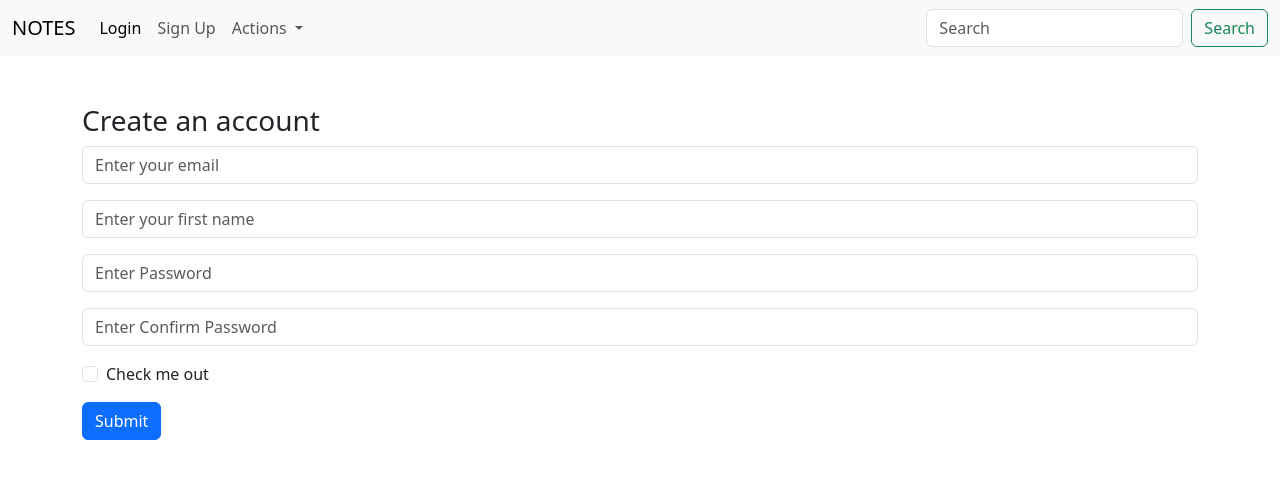
Repository: Qu4ntumGuy/flask-notes
Page: http://localhost/signup
An editor plug-in stored every save of this project. The page is shown before and after the next save, followed by the edit.
The browser window is 1280 px wide. The pictures show the whole page.
The page is served by the project's application, run on Flask 3 (website/__init__.py). Other server files are loaded and not shown.

Above is the page before, as saved 2024-05-30 19:23:43.

### website/templates/signup.html
{%extends "index.html" %} {% block title %} Sign Up {% endblock %}

{% block content %}
<form method="post">
    <div class="mb-3 mt-5">
        <div>
            <h3>Create an account</h3>
        </div>
      <!-- <label for="email" class="form-label">Email</label> -->
      <input type="email" class="form-control" id="email" aria-describedby="emailHelp" name="email" placeholder="Enter your email">
    </div>
    <div class="mb-3">
        <!-- <label for="firstName" class="form-label">First Name</label> -->
        <input type="text" class="form-control" id="firstName" aria-describedby="emailHelp" name="firstName" placeholder="Enter your first name">
      </div>
    <div class="mb-3">
      <!-- <label for="password" class="form-label">Password</label> -->
      <input type="password" class="form-control" name="password" id="password" placeholder="Enter Password">
    </div>
    <div class="mb-3">
        <!-- <label for="confirmPassword" class="form-label">Confirm Password</label> -->
        <input type="password" class="form-control" name="password" id="confirmPassword" placeholder="Enter Confirm Password">
      </div>
    <div class="mb-3 form-check">
      <input type="checkbox" class="form-check-input" id="exampleCheck1">
      <label class="form-check-label" for="exampleCheck1">Check me out</label>
    </div>
    <button type="submit" class="btn btn-primary">Submit</button>
  </form>
{% endblock %}

### website/templates/index.html
<!DOCTYPE html>
<html lang="en">
<head>
    <meta charset="UTF-8">
    <meta name="viewport" content="width=device-width, initial-scale=1.0">
    <link rel="stylesheet" href="https://cdn.jsdelivr.net/npm/bootstrap@5.3.3/dist/css/bootstrap.min.css">
    <title>{% block title %} Home {%endblock %} </title>
</head>
<body>
    <nav class="navbar navbar-expand-lg bg-body-tertiary">
        <div class="container-fluid">
          <a class="navbar-brand" href="/">NOTES</a>
          <button class="navbar-toggler" type="button" data-bs-toggle="collapse" data-bs-target="#navbarSupportedContent" aria-controls="navbarSupportedContent" aria-expanded="false" aria-label="Toggle navigation">
            <span class="navbar-toggler-icon"></span>
          </button>
          <div class="collapse navbar-collapse" id="navbarSupportedContent">
            <ul class="navbar-nav me-auto mb-2 mb-lg-0">
              <li class="nav-item">
                <a class="nav-link active" aria-current="page" href="/login">Login</a>
              </li>
              <li class="nav-item">
                <a class="nav-link" href="/signup">Sign Up</a>
              </li>
              <li class="nav-item dropdown">
                <a class="nav-link dropdown-toggle" href="#" role="button" data-bs-toggle="dropdown" aria-expanded="false">
                  Actions
                </a>
                <ul class="dropdown-menu">
                  <li><a class="dropdown-item" href="#">About us</a></li>
                  <li><a class="dropdown-item" href="#">User panel</a></li>
                  <li><hr class="dropdown-divider"></li>
                  <li><a class="dropdown-item" href="/logout">Logout</a></li>
                </ul>
              </li>
              <!-- <li class="nav-item">
                <a class="nav-link disabled" aria-disabled="true">Disabled</a>
              </li> -->
            </ul>
            <form class="d-flex" role="search">
              <input class="form-control me-2" type="search" placeholder="Search" aria-label="Search">
              <button class="btn btn-outline-success" type="submit">Search</button>
            </form>
          </div>
        </div>
      </nav>
      <div class="container">
        {% block content %}
        {% endblock %}
      </div>
    <script src="https://cdn.jsdelivr.net/npm/@popperjs/core@2.11.8/dist/umd/popper.min.js" integrity="sha384-I7E8VVD/ismYTF4hNIPjVp/Zjvgyol6VFvRkX/vR+Vc4jQkC+hVqc2pM8ODewa9r" crossorigin="anonymous"></script>
<script src="https://cdn.jsdelivr.net/npm/bootstrap@5.3.3/dist/js/bootstrap.min.js" integrity="sha384-0pUGZvbkm6XF6gxjEnlmuGrJXVbNuzT9qBBavbLwCsOGabYfZo0T0to5eqruptLy" crossorigin="anonymous"></script>
</body>
</html>

### website/auth.py
from flask import Blueprint, render_template

auth = Blueprint('auth', __name__)


@auth.route('/login')
def login():
    return render_template("login.html")


@auth.route('/signup')
def sign_up():
    return render_template("signup.html")


@auth.route('/logout')
def logout():
    return "<h1>Logout</h1>"

### website/__init__.py
from flask import Flask


def create_app():
    app = Flask(__name__)
    app.config['SECRET_KEY'] = 'randomstring'

    from .view import views
    from .auth import auth

    app.register_blueprint(views, url_prefix='/')
    app.register_blueprint(auth, url_prefix='/')

    return app

After the next save:
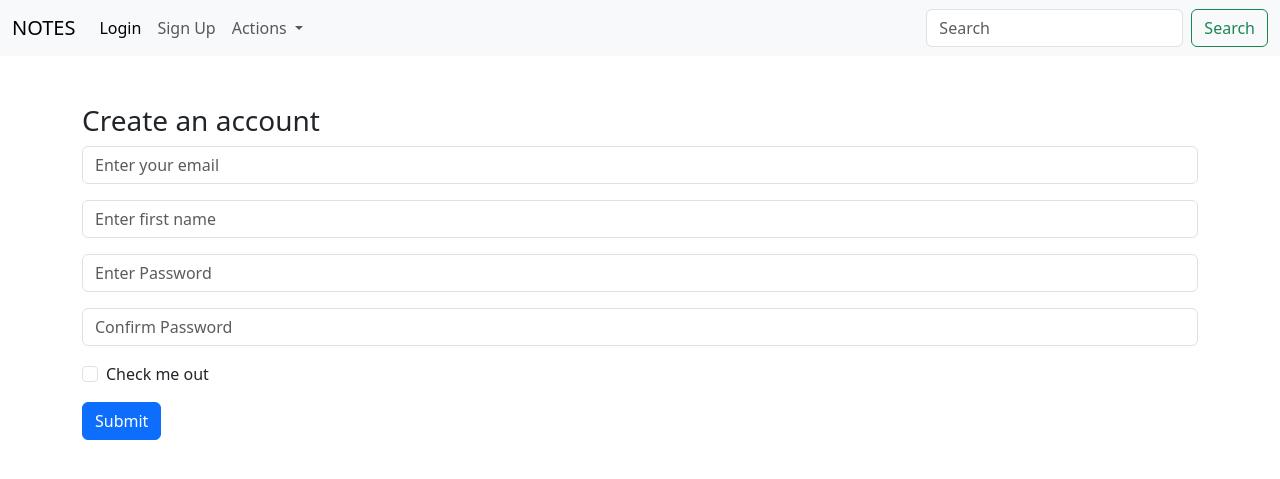
Saved 85 s later.
--- a/website/templates/signup.html
+++ b/website/templates/signup.html
@@ -3,7 +3,7 @@
 {% block content %}
 <form method="post">
     <div class="mb-3 mt-5">
-        <div>
+        <div class="">
             <h3>Create an account</h3>
         </div>
       <!-- <label for="email" class="form-label">Email</label> -->
@@ -11,7 +11,7 @@
     </div>
     <div class="mb-3">
         <!-- <label for="firstName" class="form-label">First Name</label> -->
-        <input type="text" class="form-control" id="firstName" aria-describedby="emailHelp" name="firstName" placeholder="Enter your first name">
+        <input type="text" class="form-control" id="firstName" aria-describedby="emailHelp" name="firstName" placeholder="Enter first name">
       </div>
     <div class="mb-3">
       <!-- <label for="password" class="form-label">Password</label> -->
@@ -19,7 +19,7 @@
     </div>
     <div class="mb-3">
         <!-- <label for="confirmPassword" class="form-label">Confirm Password</label> -->
-        <input type="password" class="form-control" name="password" id="confirmPassword" placeholder="Enter Confirm Password">
+        <input type="password" class="form-control" name="password" id="confirmPassword" placeholder="Confirm Password">
       </div>
     <div class="mb-3 form-check">
       <input type="checkbox" class="form-check-input" id="exampleCheck1">
